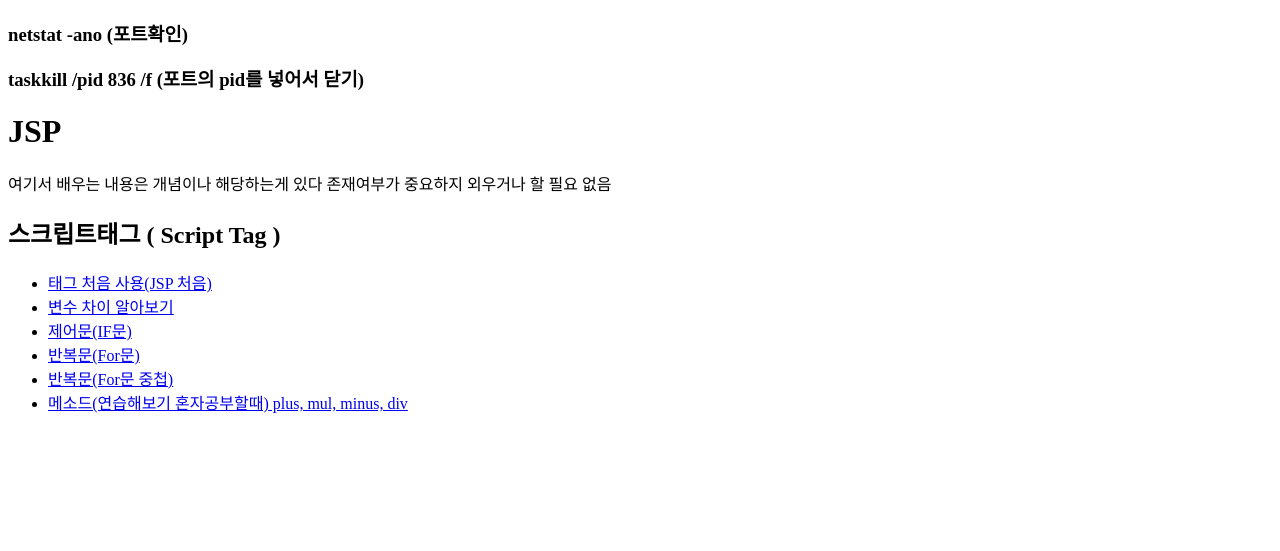
Repository: kvmhyvmvn/Study_JspServlet
Page: WorkSpace/03.Tag/src/main/webapp/index.html
An editor plug-in stored every save of this project. The page is shown before and after the next save, followed by the edit.
The browser window is 1280 px wide. The pictures show the whole page.

Above is the page before, as saved 2023-05-19 02:37:15.

After the next save:
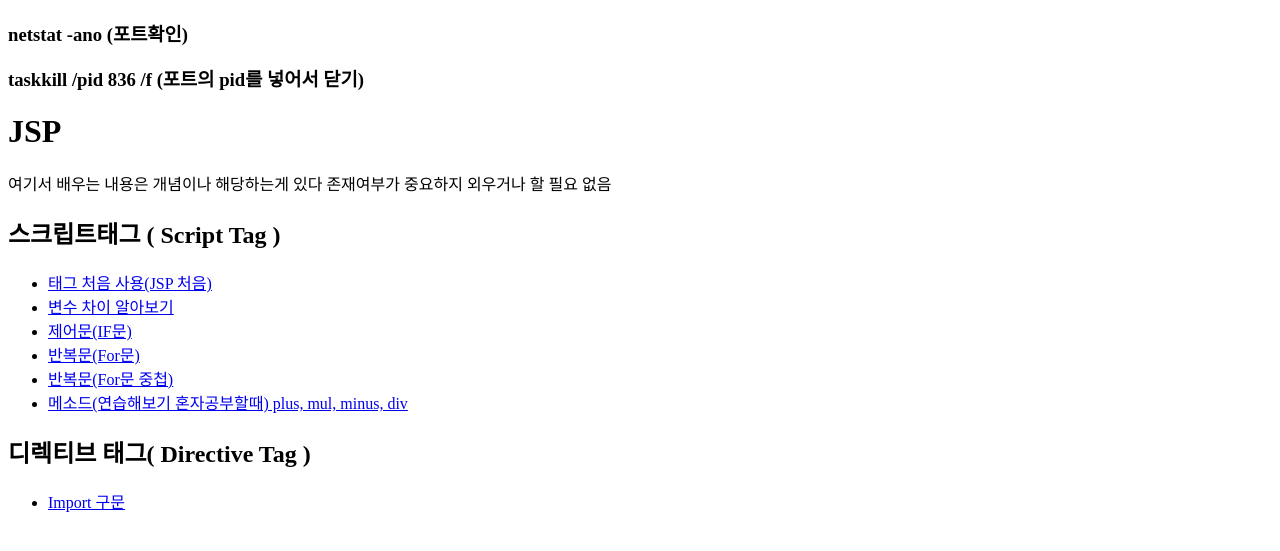
Saved 14 s later.
--- a/WorkSpace/03.Tag/src/main/webapp/index.html
+++ b/WorkSpace/03.Tag/src/main/webapp/index.html
@@ -21,5 +21,10 @@
 		<li><a href="01.Script/Ex05Method.jsp">메소드(연습해보기 혼자공부할때)
 		plus, mul, minus, div</a></li>
 	</ul>
+
+	<h2> 디렉티브 태그( Directive Tag )</h2>
+	<ul>
+		<li><a href="02.Directive/Ex01Directive">Import 구문</a></li>
+	</ul>
 </body>
 </html>
